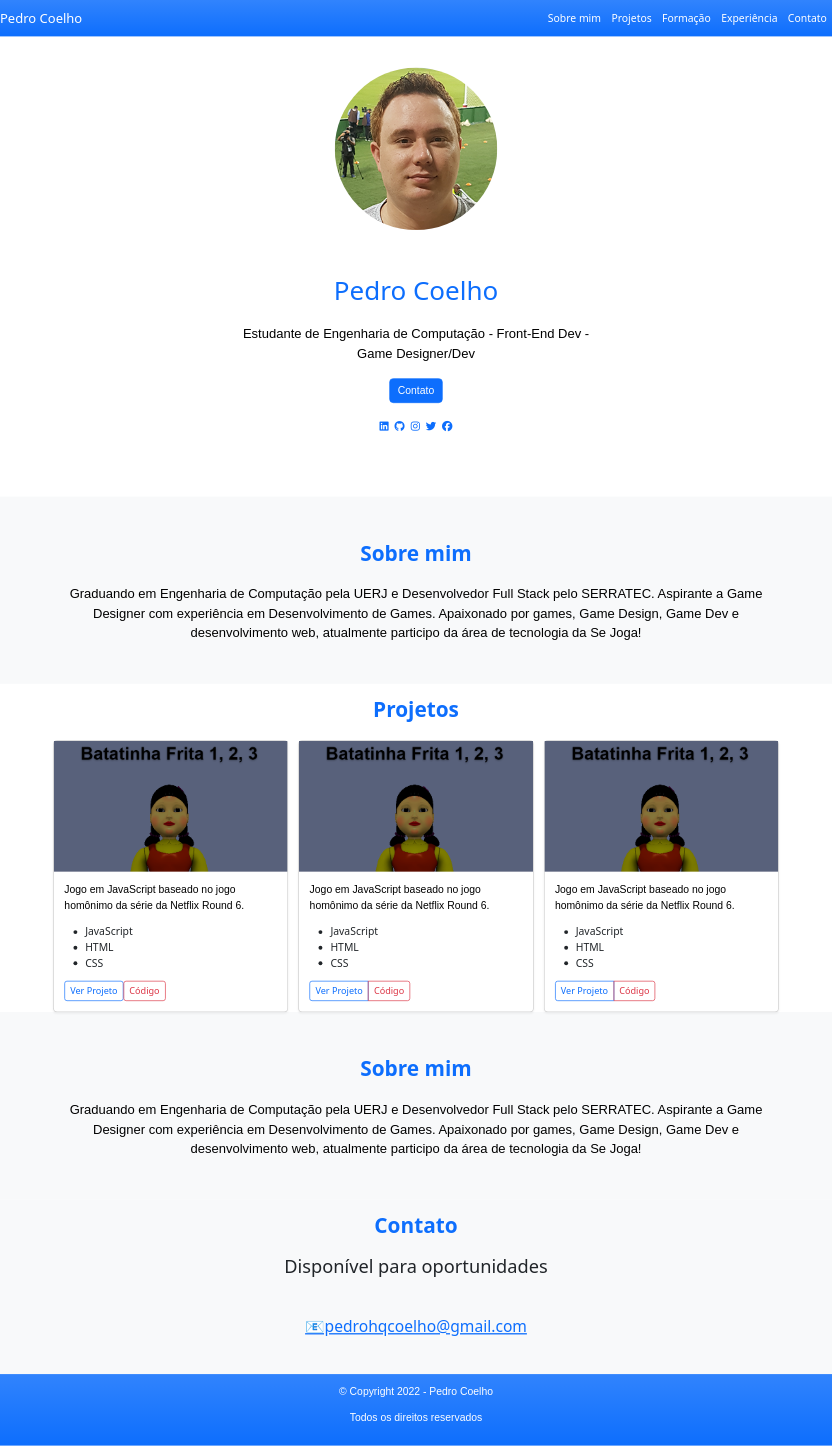
Repository: PedroHQCoelho/portfolio
Page: index.html
An editor plug-in stored every save of this project. The page is shown before and after the next save, followed by the edit.
The browser window is 1280 px wide. The pictures show the whole page, at 65% of full size.
Some web libraries are served in a nearby version.

Above is the page before, as saved 2022-05-26 20:02:43.

After the next save:
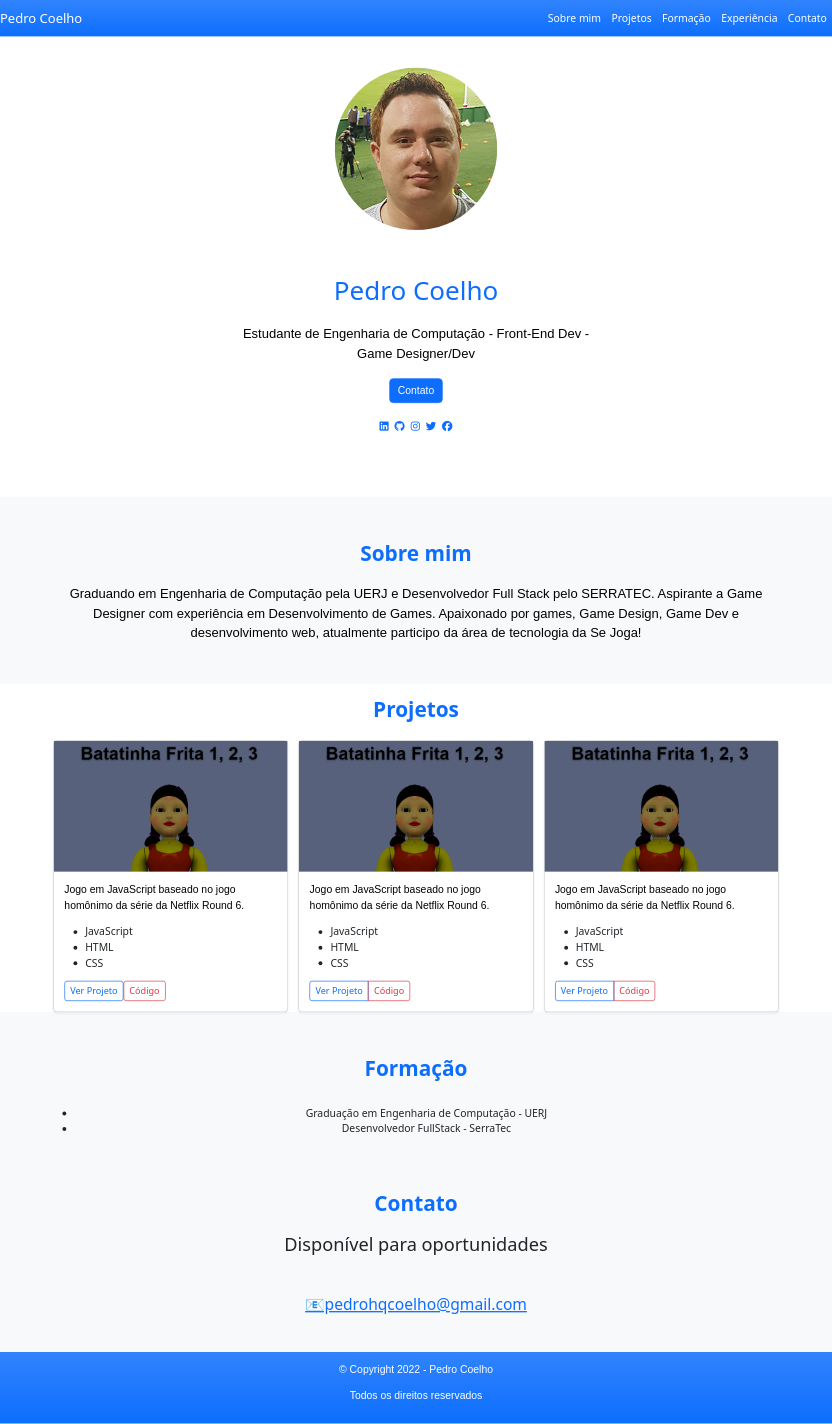
Saved 92 s later.
--- a/index.html
+++ b/index.html
@@ -146,17 +146,18 @@
           </div>
         </div>
 
-        <!--Sobre mim-->
-    <div class="album py-5 bg-light" id="sobre-mim">
+        <!--Formação-->
+    <div class="album py-5 bg-light" id="formacao">
 
 
         <section class="jumbotron text-center">
           <div class="container">
-            <h2 class="jumbotron-heading titulosAzuis">Sobre mim</h2>
+            <h2 class="jumbotron-heading titulosAzuis">Formação</h2>
             <p class="lead">
-              Graduando em Engenharia de Computação pela UERJ e Desenvolvedor Full Stack pelo SERRATEC.
-              Aspirante a Game Designer com experiência em Desenvolvimento de Games.
-              Apaixonado por games, Game Design, Game Dev e desenvolvimento web, atualmente participo da área de tecnologia da Se Joga!
+            <ul>
+              <li>Graduação em Engenharia de Computação - UERJ</li>
+              <li>Desenvolvedor FullStack - SerraTec</li>
+            </ul>
             </p>
           </div>
         </section>
